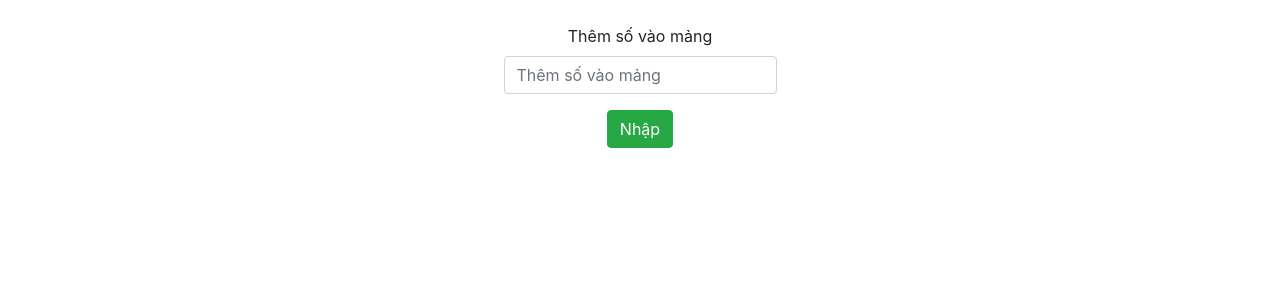
Repository: baobaodeveloper/bootcamp21__array__HuynhAnhBao
Page: index.html
An editor plug-in stored every save of this project. The page is shown before and after the next save, followed by the edit.
The browser window is 1280 px wide. The pictures show the whole page.

Above is the page before, as saved 2022-03-20 16:29:17.

After the next save:
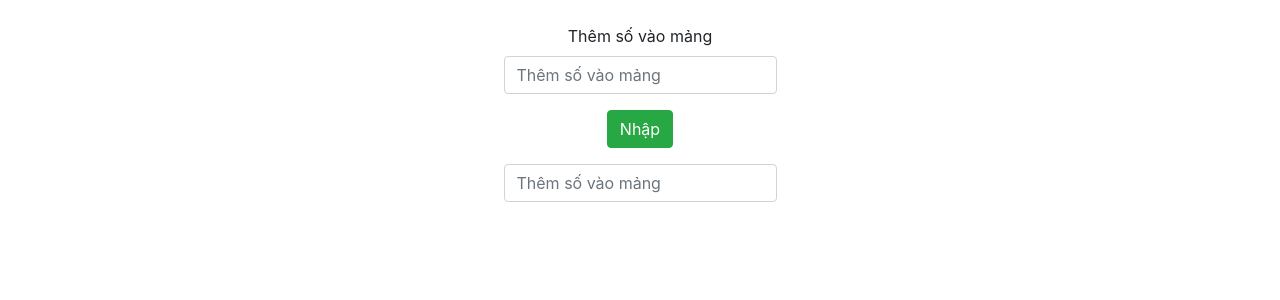
Saved 16 s later.
--- a/index.html
+++ b/index.html
@@ -32,6 +32,12 @@
         <button type="button" class="btn btn-success m-3" id="input">
           Nhập
         </button>
+        <input
+          type="number"
+          class="form-control"
+          id="number"
+          placeholder="Thêm số vào mảng"
+        />
       </div>
     </div>
     <!-- Optional JavaScript -->
